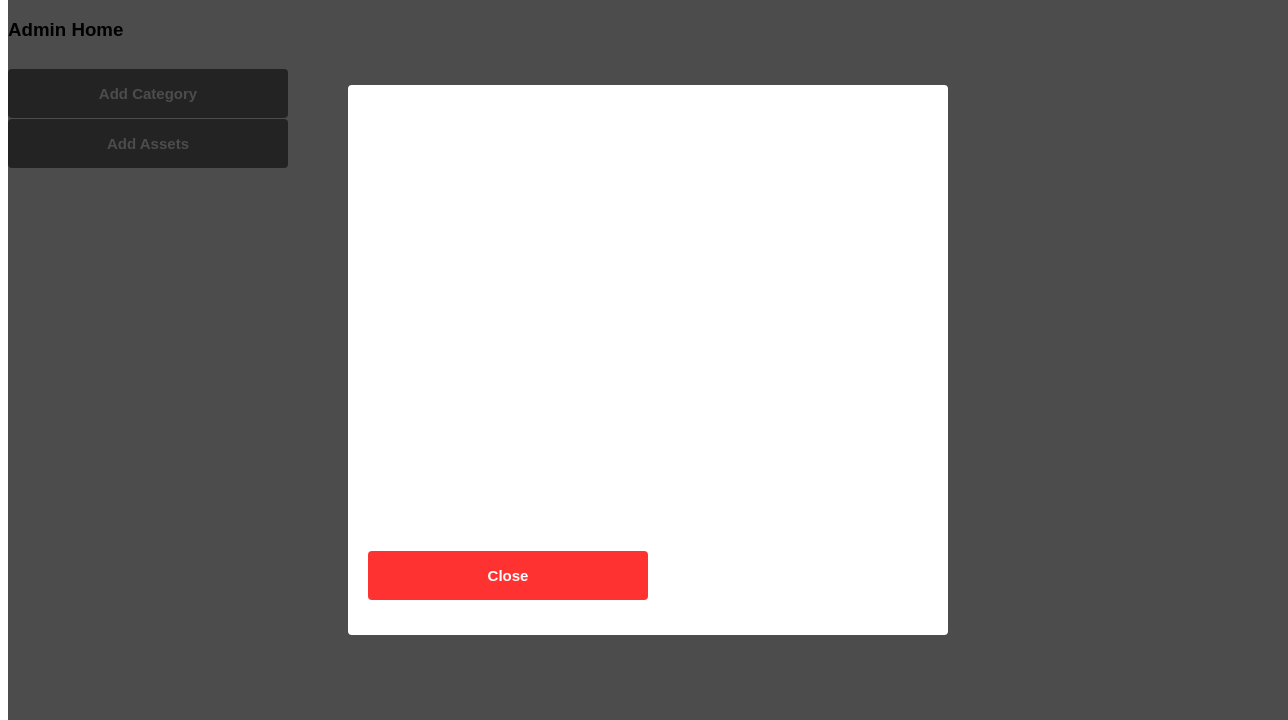
Repository: DhruvKaushal/CodeFury_404Found
Page: http://localhost/e-assets/assetadded.jsp
The author's editor kept a copy of each file at every save. The page is drawn from the files as they stood at one save, then again after the next save.
The browser window is 1280 px wide. The page is 1288 px wide, so the pictures cover 1288 px, including what lies to the right of the window. The pictures show the whole page.
The page is served by Tomcat 9.

Above is the page before, as saved 2020-10-05 10:35:01.

After the next save:
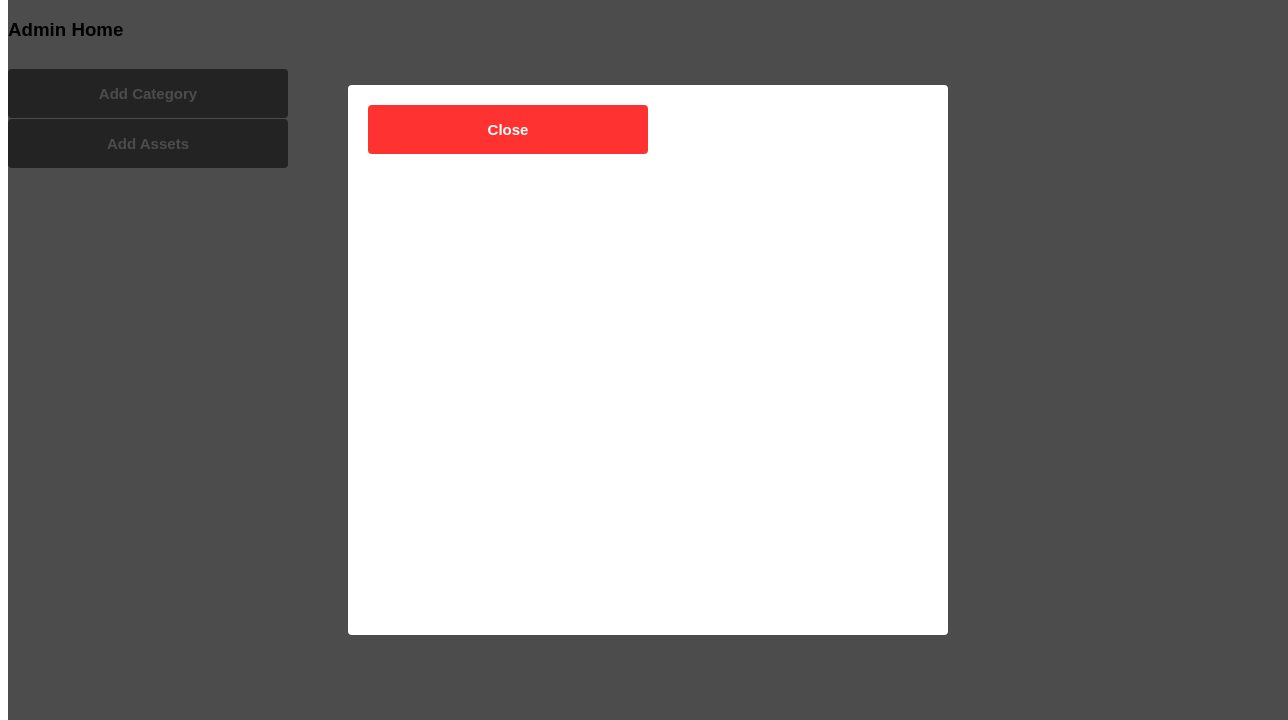
Saved 31 s later.
--- a/Aditya's New/E-Assets-Management/e-assets/WebContent/addassets.css
+++ b/Aditya's New/E-Assets-Management/e-assets/WebContent/addassets.css
@@ -43,7 +43,7 @@
   cursor: pointer;
   opacity: 0.8;
   width: 280px;
-  position: absolute;
+  position: center;
   bottom: 35px;
 
 

After the 2 saves that followed:
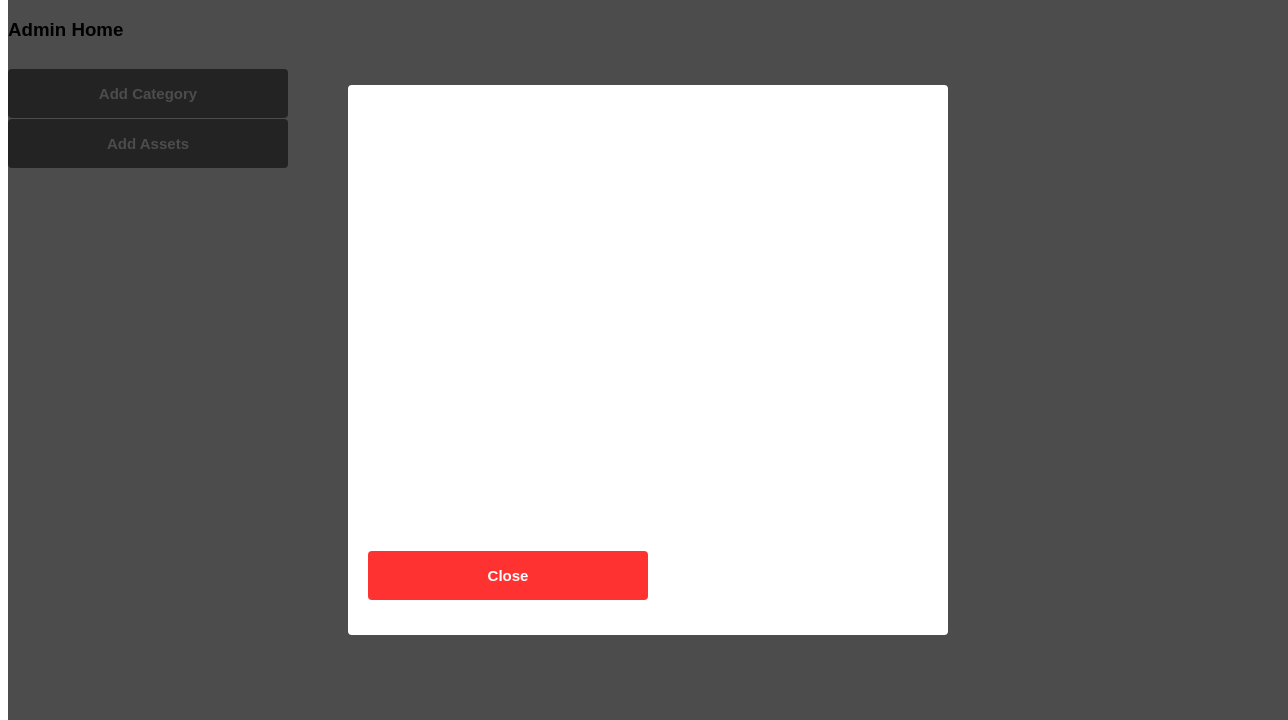
The 2 saves are shown as one change because 1 left the picture as it was.
The last was saved 46 s later.
--- a/Aditya's New/E-Assets-Management/e-assets/WebContent/addassets.css
+++ b/Aditya's New/E-Assets-Management/e-assets/WebContent/addassets.css
@@ -43,13 +43,13 @@
   cursor: pointer;
   opacity: 0.8;
   width: 280px;
-  position: center;
+  position: absolute;
   bottom: 35px;
 
 
   font-weight: bold;
   font-size: 15px;
-  display: inline-block;
+  display:block;
 }
 
 .bg-modal {
